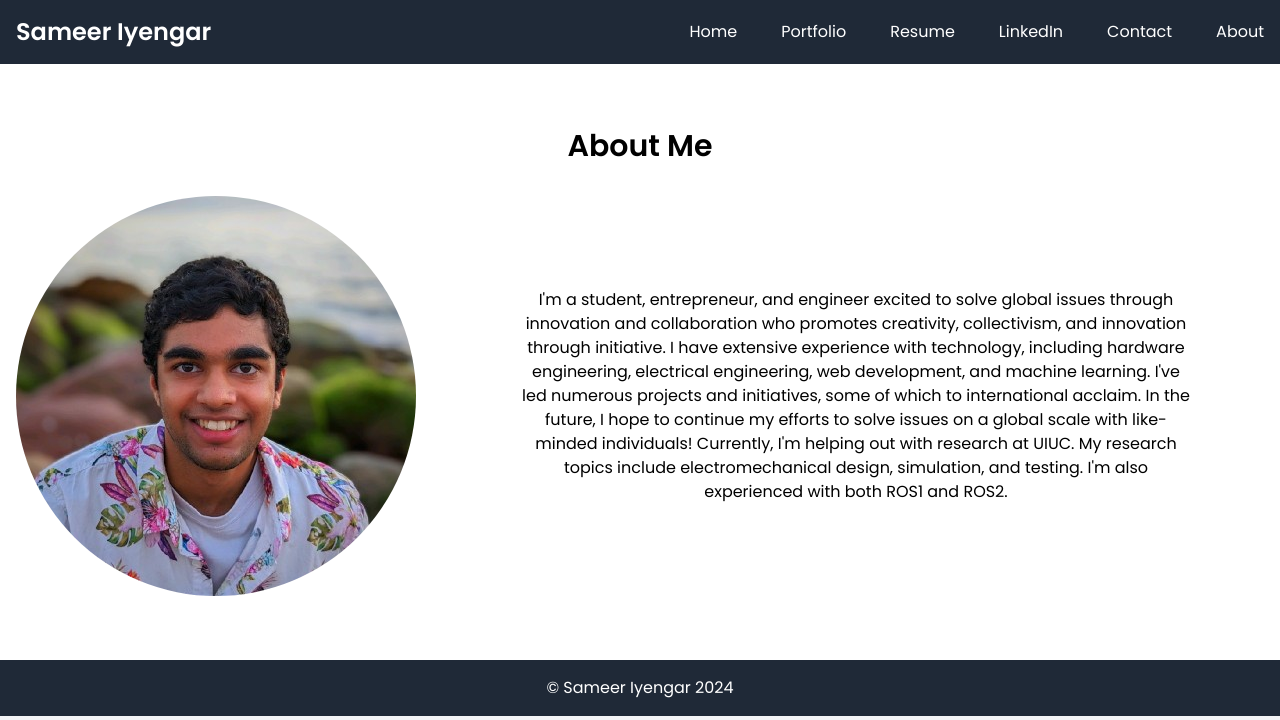
Repository: siyengar04/siyengar04.github.io
Page: about.html
The author's editor kept a copy of each file at every save. The page is drawn from the files as they stood at one save, then again after the next save.
The browser window is 1280 px wide. The pictures show the whole page.
Some web libraries are served in a nearby version.

Above is the page before, as saved 2024-11-01 13:48:30.

### about.html
<!DOCTYPE html>
<html lang="en">

<head>
    <meta charset="UTF-8">
    <meta name="viewport" content="width=device-width, initial-scale=1.0">
    <title>Photography Portfolio</title>
    <script src="https://cdn.tailwindcss.com"></script>
    <link href="/src/output.css" rel="stylesheet">
    <link href="https://fonts.googleapis.com/css2?family=Poppins:wght@300;400;600&display=swap" rel="stylesheet">
    <style>
        body {
            font-family: 'Poppins', sans-serif;
        }
    </style>
</head>

<body class="bg-gray-100">
    <header class="bg-gray-800 text-white py-4">
        <div class="container mx-auto flex justify-between items-center px-4">
            <h1 class="text-2xl font-semibold">Sameer Iyengar</h1>
            <div class="md:hidden">
                <button id="nav-toggle" class="text-white focus:outline-none">
                    <svg xmlns="http://www.w3.org/2000/svg" class="h-6 w-6" fill="none" viewBox="0 0 24 24" stroke="currentColor">
                        <path stroke-linecap="round" stroke-linejoin="round" stroke-width="2" d="M4 6h16M4 12h16m-7 6h7" />
                    </svg>
                </button>
            </div>
            <nav id="nav-menu" class="hidden md:flex md:space-x-6">
                <ul class="flex flex-col md:flex-row space-y-4 md:space-y-0 md:space-x-6">
                    <li><a href="index.html" class="hover:text-gray-400">Home</a></li>
                    <li><a href="/portfolio.html" class="hover:text-gray-400">Portfolio</a></li>
                    <li><a href="/resume.html" class="hover:text-gray-400">Resume</a></li>
                    <li><a href="https://www.linkedin.com/in/sameer-iyengar/" class="hover:text-gray-400">LinkedIn</a></li>
                    <li><a href="/contact.html" class="hover:text-gray-400">Contact</a></li>
                    <li><a href="/about.html" class="hover:text-gray-400">About</a></li>
                </ul>
            </nav>
        </div>
    </header>
    <section id="about" class="about py-16 bg-white">
        <h2 class="text-3xl text-center font-bold mb-8">About Me</h2>

        <div class="container mx-auto px-4 flex flex-col md:flex-row items-center">
            <img src="/images/profile.jpg" alt="Profile Picture" class="w-100 h-100 rounded-full mb-8 md:mb-0 md:mr-8">
            <div class="text-left md:text-left md:flex-1">
                <p class="text-center max-w-2xl mx-auto">I'm a student, entrepreneur, and engineer excited to solve global issues through innovation and collaboration who promotes creativity, collectivism, and innovation through initiative. I have extensive experience with technology, including hardware engineering, electrical engineering, web development, and machine learning. I've led numerous projects and initiatives, some of which to international acclaim. In the future, I hope to continue my efforts to solve issues on a global scale with like-minded individuals! Currently, I'm helping out with research at UIUC. My research topics include electromechanical design, simulation, and testing. I'm also experienced with both ROS1 and ROS2. </p>
            </div>
        </div>
    </section>


    <footer class="bg-gray-800 text-white text-center py-4">
        <div class="container mx-auto">
            <p>&copy; Sameer Iyengar 2024</p>
        </div>
    </footer>

    <script>
        const navToggle = document.getElementById('nav-toggle');
        const navMenu = document.getElementById('nav-menu');

        navToggle.addEventListener('click', () => {
            navMenu.classList.toggle('hidden');
        });
    </script>
</body>

</html>

### src/output.css
*, ::before, ::after {
  --tw-border-spacing-x: 0;
  --tw-border-spacing-y: 0;
  --tw-translate-x: 0;
  --tw-translate-y: 0;
  --tw-rotate: 0;
  --tw-skew-x: 0;
  --tw-skew-y: 0;
  --tw-scale-x: 1;
  --tw-scale-y: 1;
  --tw-pan-x:  ;
  --tw-pan-y:  ;
  --tw-pinch-zoom:  ;
  --tw-scroll-snap-strictness: proximity;
  --tw-gradient-from-position:  ;
  --tw-gradient-via-position:  ;
  --tw-gradient-to-position:  ;
  --tw-ordinal:  ;
  --tw-slashed-zero:  ;
  --tw-numeric-figure:  ;
  --tw-numeric-spacing:  ;
  --tw-numeric-fraction:  ;
  --tw-ring-inset:  ;
  --tw-ring-offset-width: 0px;
  --tw-ring-offset-color: #fff;
  --tw-ring-color: rgb(59 130 246 / 0.5);
  --tw-ring-offset-shadow: 0 0 #0000;
  --tw-ring-shadow: 0 0 #0000;
  --tw-shadow: 0 0 #0000;
  --tw-shadow-colored: 0 0 #0000;
  --tw-blur:  ;
  --tw-brightness:  ;
  --tw-contrast:  ;
  --tw-grayscale:  ;
  --tw-hue-rotate:  ;
  --tw-invert:  ;
  --tw-saturate:  ;
  --tw-sepia:  ;
  --tw-drop-shadow:  ;
  --tw-backdrop-blur:  ;
  --tw-backdrop-brightness:  ;
  --tw-backdrop-contrast:  ;
  --tw-backdrop-grayscale:  ;
  --tw-backdrop-hue-rotate:  ;
  --tw-backdrop-invert:  ;
  --tw-backdrop-opacity:  ;
  --tw-backdrop-saturate:  ;
  --tw-backdrop-sepia:  ;
  --tw-contain-size:  ;
  --tw-contain-layout:  ;
  --tw-contain-paint:  ;
  --tw-contain-style:  ;
}

::backdrop {
  --tw-border-spacing-x: 0;
  --tw-border-spacing-y: 0;
  --tw-translate-x: 0;
  --tw-translate-y: 0;
  --tw-rotate: 0;
  --tw-skew-x: 0;
  --tw-skew-y: 0;
  --tw-scale-x: 1;
  --tw-scale-y: 1;
  --tw-pan-x:  ;
  --tw-pan-y:  ;
  --tw-pinch-zoom:  ;
  --tw-scroll-snap-strictness: proximity;
  --tw-gradient-from-position:  ;
  --tw-gradient-via-position:  ;
  --tw-gradient-to-position:  ;
  --tw-ordinal:  ;
  --tw-slashed-zero:  ;
  --tw-numeric-figure:  ;
  --tw-numeric-spacing:  ;
  --tw-numeric-fraction:  ;
  --tw-ring-inset:  ;
  --tw-ring-offset-width: 0px;
  --tw-ring-offset-color: #fff;
  --tw-ring-color: rgb(59 130 246 / 0.5);
  --tw-ring-offset-shadow: 0 0 #0000;
  --tw-ring-shadow: 0 0 #0000;
  --tw-shadow: 0 0 #0000;
  --tw-shadow-colored: 0 0 #0000;
  --tw-blur:  ;
  --tw-brightness:  ;
  --tw-contrast:  ;
  --tw-grayscale:  ;
  --tw-hue-rotate:  ;
  --tw-invert:  ;
  --tw-saturate:  ;
  --tw-sepia:  ;
  --tw-drop-shadow:  ;
  --tw-backdrop-blur:  ;
  --tw-backdrop-brightness:  ;
  --tw-backdrop-contrast:  ;
  --tw-backdrop-grayscale:  ;
  --tw-backdrop-hue-rotate:  ;
  --tw-backdrop-invert:  ;
  --tw-backdrop-opacity:  ;
  --tw-backdrop-saturate:  ;
  --tw-backdrop-sepia:  ;
  --tw-contain-size:  ;
  --tw-contain-layout:  ;
  --tw-contain-paint:  ;
  --tw-contain-style:  ;
}

/*
! tailwindcss v3.4.14 | MIT License | https://tailwindcss.com
*/

/*
1. Prevent padding and border from affecting element width. (https://github.com/mozdevs/cssremedy/issues/4)
2. Allow adding a border to an element by just adding a border-width. (https://github.com/tailwindcss/tailwindcss/pull/116)
*/

*,
::before,
::after {
  box-sizing: border-box;
  /* 1 */
  border-width: 0;
  /* 2 */
  border-style: solid;
  /* 2 */
  border-color: #e5e7eb;
  /* 2 */
}

::before,
::after {
  --tw-content: '';
}

/*
1. Use a consistent sensible line-height in all browsers.
2. Prevent adjustments of font size after orientation changes in iOS.
3. Use a more readable tab size.
4. Use the user's configured `sans` font-family by default.
5. Use the user's configured `sans` font-feature-settings by default.
6. Use the user's configured `sans` font-variation-settings by default.
7. Disable tap highlights on iOS
*/

html,
:host {
  line-height: 1.5;
  /* 1 */
  -webkit-text-size-adjust: 100%;
  /* 2 */
  -moz-tab-size: 4;
  /* 3 */
  -o-tab-size: 4;
     tab-size: 4;
  /* 3 */
  font-family: ui-sans-serif, system-ui, sans-serif, "Apple Color Emoji", "Segoe UI Emoji", "Segoe UI Symbol", "Noto Color Emoji";
  /* 4 */
  font-feature-settings: normal;
  /* 5 */
  font-variation-settings: normal;
  /* 6 */
  -webkit-tap-highlight-color: transparent;
  /* 7 */
}

/*
1. Remove the margin in all browsers.
2. Inherit line-height from `html` so users can set them as a class directly on the `html` element.
*/

body {
  margin: 0;
  /* 1 */
  line-height: inherit;
  /* 2 */
}

/*
1. Add the correct height in Firefox.
2. Correct the inheritance of border color in Firefox. (https://bugzilla.mozilla.org/show_bug.cgi?id=190655)
3. Ensure horizontal rules are visible by default.
*/

hr {
  height: 0;
  /* 1 */
  color: inherit;
  /* 2 */
  border-top-width: 1px;
  /* 3 */
}

/*
Add the correct text decoration in Chrome, Edge, and Safari.
*/

abbr:where([title]) {
  -webkit-text-decoration: underline dotted;
          text-decoration: underline dotted;
}

/*
Remove the default font size and weight for headings.
*/

h1,
h2,
h3,
h4,
h5,
h6 {
  font-size: inherit;
  font-weight: inherit;
}

/*
Reset links to optimize for opt-in styling instead of opt-out.
*/

a {
  color: inherit;
  text-decoration: inherit;
}

/*
Add the correct font weight in Edge and Safari.
*/

b,
strong {
  font-weight: bolder;
}

/*
1. Use the user's configured `mono` font-family by default.
2. Use the user's configured `mono` font-feature-settings by default.
3. Use the user's configured `mono` font-variation-settings by default.
4. Correct the odd `em` font sizing in all browsers.
*/

code,
kbd,
samp,
pre {
  font-family: ui-monospace, SFMono-Regular, Menlo, Monaco, Consolas, "Liberation Mono", "Courier New", monospace;
  /* 1 */
  font-feature-settings: normal;
  /* 2 */
  font-variation-settings: normal;
  /* 3 */
  font-size: 1em;
  /* 4 */
}

/*
Add the correct font size in all browsers.
*/

small {
  font-size: 80%;
}

/*
Prevent `sub` and `sup` elements from affecting the line height in all browsers.
*/

sub,
sup {
  font-size: 75%;
  line-height: 0;
  position: relative;
  vertical-align: baseline;
}

sub {
  bottom: -0.25em;
}

sup {
  top: -0.5em;
}

/*
1. Remove text indentation from table contents in Chrome and Safari. (https://bugs.chromium.org/p/chromium/issues/detail?id=999088, https://bugs.webkit.org/show_bug.cgi?id=201297)
2. Correct table border color inheritance in all Chrome and Safari. (https://bugs.chromium.org/p/chromium/issues/detail?id=935729, https://bugs.webkit.org/show_bug.cgi?id=195016)
3. Remove gaps between table borders by default.
*/

table {
  text-indent: 0;
  /* 1 */
  border-color: inherit;
  /* 2 */
  border-collapse: collapse;
  /* 3 */
}

/*
1. Change the font styles in all browsers.
2. Remove the margin in Firefox and Safari.
3. Remove default padding in all browsers.
*/

button,
input,
optgroup,
select,
textarea {
  font-family: inherit;
  /* 1 */
  font-feature-settings: inherit;
  /* 1 */
  font-variation-settings: inherit;
  /* 1 */
  font-size: 100%;
  /* 1 */
  font-weight: inherit;
  /* 1 */
  line-height: inherit;
  /* 1 */
  letter-spacing: inherit;
  /* 1 */
  color: inherit;
  /* 1 */
  margin: 0;
  /* 2 */
  padding: 0;
  /* 3 */
}

/*
Remove the inheritance of text transform in Edge and Firefox.
*/

button,
select {
  text-transform: none;
}

/*
1. Correct the inability to style clickable types in iOS and Safari.
2. Remove default button styles.
*/

button,
input:where([type='button']),
input:where([type='reset']),
input:where([type='submit']) {
  -webkit-appearance: button;
  /* 1 */
  background-color: transparent;
  /* 2 */
  background-image: none;
  /* 2 */
}

/*
Use the modern Firefox focus style for all focusable elements.
*/

:-moz-focusring {
  outline: auto;
}

/*
Remove the additional `:invalid` styles in Firefox. (https://github.com/mozilla/gecko-dev/blob/2f9eacd9d3d995c937b4251a5557d95d494c9be1/layout/style/res/forms.css#L728-L737)
*/

:-moz-ui-invalid {
  box-shadow: none;
}

/*
Add the correct vertical alignment in Chrome and Firefox.
*/

progress {
  vertical-align: baseline;
}

/*
Correct the cursor style of increment and decrement buttons in Safari.
*/

::-webkit-inner-spin-button,
::-webkit-outer-spin-button {
  height: auto;
}

/*
1. Correct the odd appearance in Chrome and Safari.
2. Correct the outline style in Safari.
*/

[type='search'] {
  -webkit-appearance: textfield;
  /* 1 */
  outline-offset: -2px;
  /* 2 */
}

/*
Remove the inner padding in Chrome and Safari on macOS.
*/

::-webkit-search-decoration {
  -webkit-appearance: none;
}

/*
1. Correct the inability to style clickable types in iOS and Safari.
2. Change font properties to `inherit` in Safari.
*/

::-webkit-file-upload-button {
  -webkit-appearance: button;
  /* 1 */
  font: inherit;
  /* 2 */
}

/*
Add the correct display in Chrome and Safari.
*/

summary {
  display: list-item;
}

/*
Removes the default spacing and border for appropriate elements.
*/

blockquote,
dl,
dd,
h1,
h2,
h3,
h4,
h5,
h6,
hr,
figure,
p,
pre {
  margin: 0;
}

fieldset {
  margin: 0;
  padding: 0;
}

legend {
  padding: 0;
}

ol,
ul,
menu {
  list-style: none;
  margin: 0;
  padding: 0;
}

/*
Reset default styling for dialogs.
*/

dialog {
  padding: 0;
}

/*
Prevent resizing textareas horizontally by default.
*/

textarea {
  resize: vertical;
}

/*
1. Reset the default placeholder opacity in Firefox. (https://github.com/tailwindlabs/tailwindcss/issues/3300)
2. Set the default placeholder color to the user's configured gray 400 color.
*/

input::-moz-placeholder, textarea::-moz-placeholder {
  opacity: 1;
  /* 1 */
  color: #9ca3af;
  /* 2 */
}

input::placeholder,
textarea::placeholder {
  opacity: 1;
  /* 1 */
  color: #9ca3af;
  /* 2 */
}

/*
Set the default cursor for buttons.
*/

button,
[role="button"] {
  cursor: pointer;
}

/*
Make sure disabled buttons don't get the pointer cursor.
*/

:disabled {
  cursor: default;
}

/*
1. Make replaced elements `display: block` by default. (https://github.com/mozdevs/cssremedy/issues/14)
2. Add `vertical-align: middle` to align replaced elements more sensibly by default. (https://github.com/jensimmons/cssremedy/issues/14#issuecomment-634934210)
   This can trigger a poorly considered lint error in some tools but is included by design.
*/

img,
svg,
video,
canvas,
audio,
iframe,
embed,
object {
  display: block;
  /* 1 */
  vertical-align: middle;
  /* 2 */
}

/*
Constrain images and videos to the parent width and preserve their intrinsic aspect ratio. (https://github.com/mozdevs/cssremedy/issues/14)
*/

img,
video {
  max-width: 100%;
  height: auto;
}

/* Make elements with the HTML hidden attribute stay hidden by default */

[hidden]:where(:not([hidden="until-found"])) {
  display: none;
}

body {
  font-family: 'Poppins', sans-serif;
  margin: 0;
  padding: 0;
  box-sizing: border-box;
}

header {
  background-color: #333;
  padding: 20px 0;
  color: #fff;
}

header nav ul {
  display: flex;
  list-style-type: none;
  gap: 20px;
}

header nav ul li a {
  color: #fff;
  text-decoration: none;
}

.hero {
  background: url('images/hero.jpg') no-repeat center center/cover;
  height: 80vh;
  display: flex;
  align-items: center;
  justify-content: center;
  color: #fff;
  text-align: center;
}

.portfolio {
  padding: 40px 0;
}

.gallery {
  display: grid;
  grid-template-columns: repeat(auto-fit, minmax(200px, 1fr));
  gap: 20px;
}

.gallery img {
  width: 100%;
  height: auto;
}

.contact-btn {
  background-color: #333;
  color: #fff;
  padding: 10px 20px;
  text-decoration: none;
  border-radius: 5px;
}

footer {
  background-color: #333;
  color: #fff;
  text-align: center;
  padding: 10px 0;
}

After the next save:
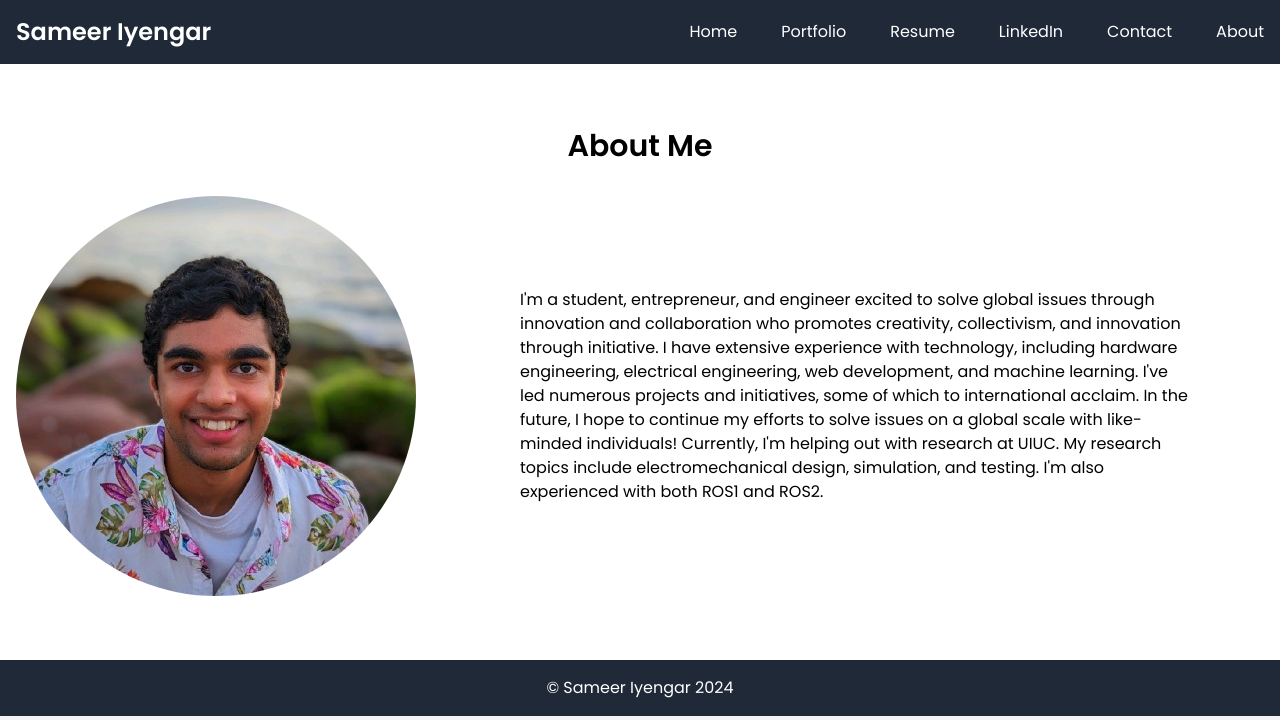
Saved 4 s later.
--- a/about.html
+++ b/about.html
@@ -44,7 +44,7 @@
         <div class="container mx-auto px-4 flex flex-col md:flex-row items-center">
             <img src="/images/profile.jpg" alt="Profile Picture" class="w-100 h-100 rounded-full mb-8 md:mb-0 md:mr-8">
             <div class="text-left md:text-left md:flex-1">
-                <p class="text-center max-w-2xl mx-auto">I'm a student, entrepreneur, and engineer excited to solve global issues through innovation and collaboration who promotes creativity, collectivism, and innovation through initiative. I have extensive experience with technology, including hardware engineering, electrical engineering, web development, and machine learning. I've led numerous projects and initiatives, some of which to international acclaim. In the future, I hope to continue my efforts to solve issues on a global scale with like-minded individuals! Currently, I'm helping out with research at UIUC. My research topics include electromechanical design, simulation, and testing. I'm also experienced with both ROS1 and ROS2. </p>
+                <p class="text-left max-w-2xl mx-auto">I'm a student, entrepreneur, and engineer excited to solve global issues through innovation and collaboration who promotes creativity, collectivism, and innovation through initiative. I have extensive experience with technology, including hardware engineering, electrical engineering, web development, and machine learning. I've led numerous projects and initiatives, some of which to international acclaim. In the future, I hope to continue my efforts to solve issues on a global scale with like-minded individuals! Currently, I'm helping out with research at UIUC. My research topics include electromechanical design, simulation, and testing. I'm also experienced with both ROS1 and ROS2. </p>
             </div>
         </div>
     </section>
